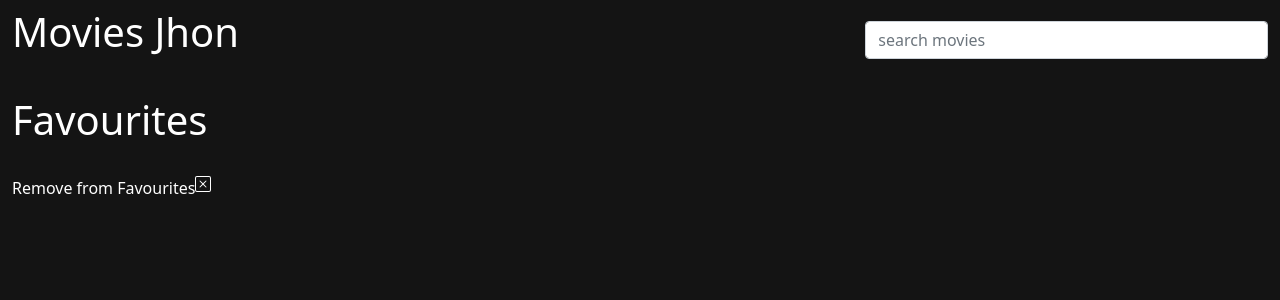
Repository: jhonenmanuel1/movies-get-info-fetch
Page: /
The author's editor kept a copy of each file at every save. The page is drawn from the files as they stood at one save, then again after the next save.
The browser window is 1280 px wide. The pictures show the whole page.
The page's requests for data from a server got no answer. The project was rebuilt for these pictures with package versions that can differ from the ones it lists, and the page was loaded fresh each time. No one was signed in, and anything a server would have sent is missing. Also part of the build but not shown: src/components/AddFavorites.js.

Above is the page before, as saved 2022-06-20 17:06:45.

After the next save:
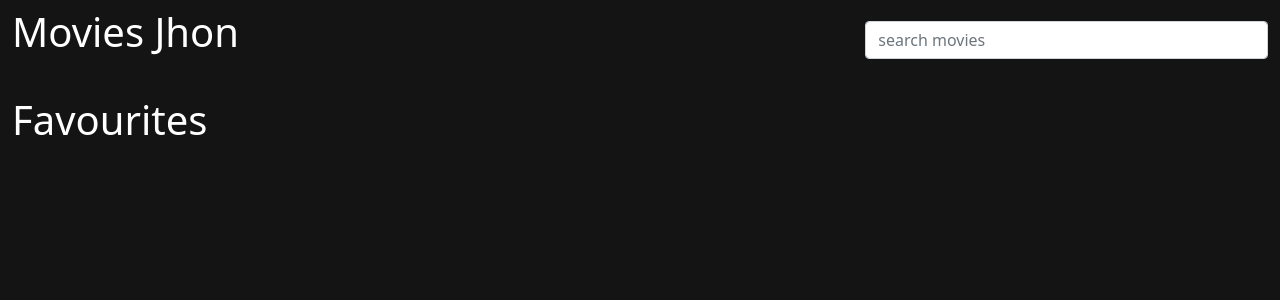
Saved 26 s later.
--- a/src/App.js
+++ b/src/App.js
@@ -54,9 +54,8 @@ const App = () => {
           <MovieList
             movies={favourites}
             handlesFavouriteClick={addFavouriteMovie}
-            favouriteComponent={AddFavourite}
+            favouriteComponent={RemoveFavourites}
           />
-          <RemoveFavourites/>
         </div>
       </div>
     </>
